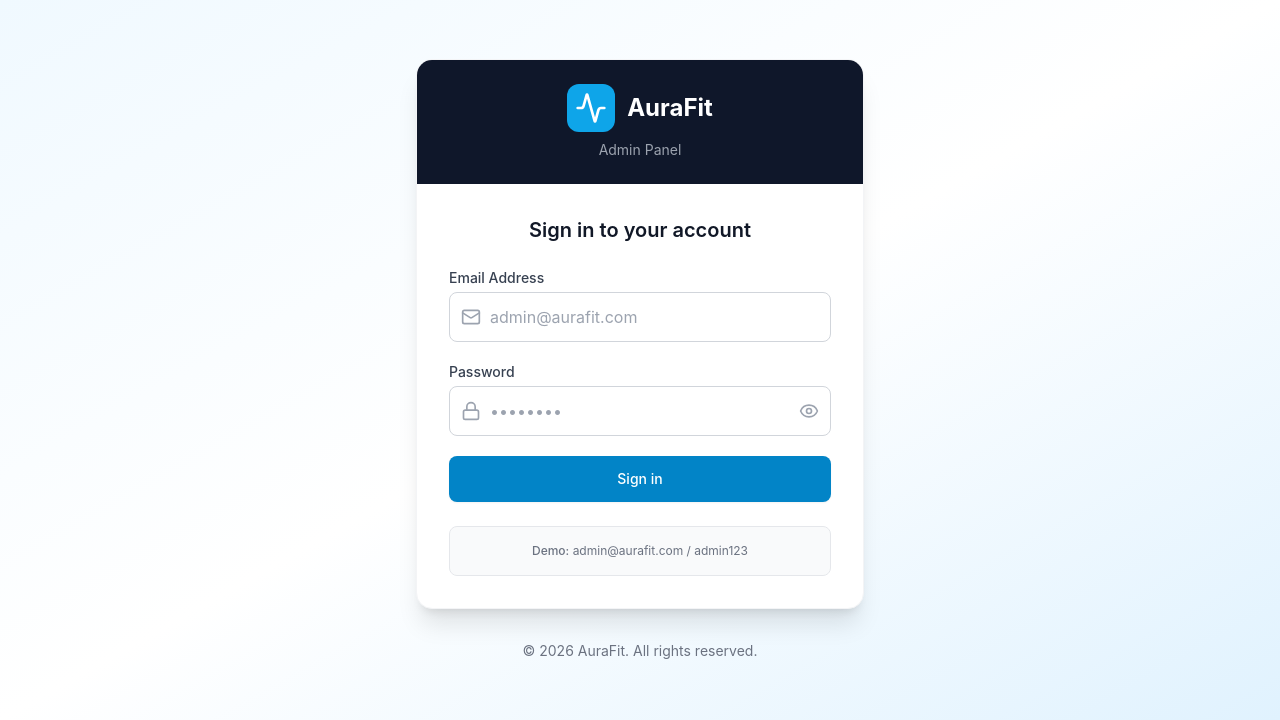
Repository: SangamChettri/Aurafit
Page: / (app in admin/)
These files come from the project's save history. The page is drawn as it stood at one moment and after the next save; the edit follows.
The browser window is 1280 px wide. The pictures show the whole page.
The project was rebuilt for these pictures with package versions that can differ from the ones it lists, and the page was loaded fresh each time. Also part of the build but not shown: admin/vite.config.ts, admin/src/components/StatCard.tsx, admin/src/components/Avatar.tsx, admin/src/components/LoadingSkeleton.tsx, admin/src/pages/Dashboard.tsx, admin/src/components/Toast.tsx, admin/src/pages/Users.tsx, admin/src/pages/UserDetail.tsx and 5 more.

Above is the page before, as saved 2026-04-04 23:05:16.

After the next save:
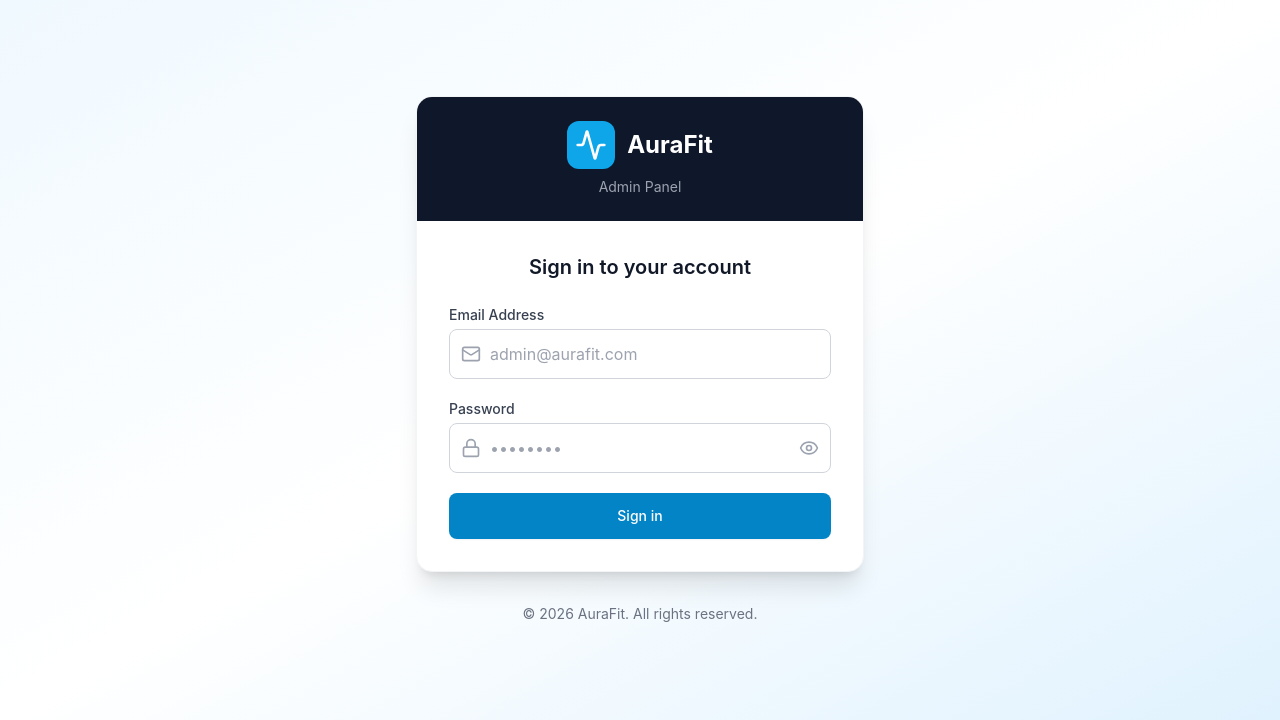
Saved 8 min 16 s later.
--- a/admin/src/pages/Login.tsx
+++ b/admin/src/pages/Login.tsx
@@ -126,13 +126,6 @@ export default function Login() {
                 )}
               </button>
             </form>
-
-            {/* Demo Credentials */}
-            <div className="mt-6 p-4 bg-gray-50 rounded-lg border border-gray-200">
-              <p className="text-xs text-gray-500 text-center">
-                <span className="font-medium">Demo:</span> admin@aurafit.com / admin123
-              </p>
-            </div>
           </div>
         </div>
 
